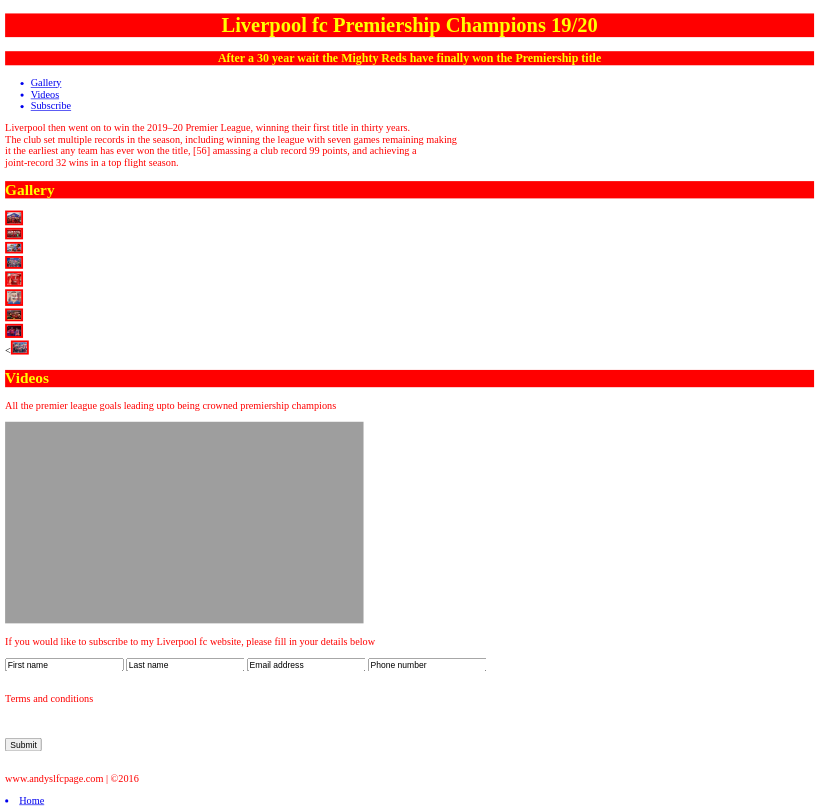
Repository: andyd71/HTML_and_CSS
Page: one_page_website/One_Page_Website.html
The author's editor kept a copy of each file at every save. The page is drawn from the files as they stood at one save, then again after the next save.
The browser window is 1280 px wide. The pictures show the whole page, at 64% of full size.
Pictures or frames that could not be fetched are drawn as grey boxes.

Above is the page before, as saved 2020-10-09 12:42:00.

### one_page_website/One_Page_Website.html
<!DOCTYPE html>
<html lang="en">
<head>
<meta charset="utf-8">
<title>My LFC webpage</title>
<link rel = "stylesheet" type = "text/CSS" href = "./css/One_Page_Website.css">
</head>
<body>
<div id="home">
<header>
<h1>Liverpool fc Premiership Champions 19/20 </h1>
<h3>After a 30 year wait the Mighty Reds have finally won the Premiership title</h3>
</header>
<!--NAV-->

</div>
<div>
<ul>
<a href="#gallery"><li>Gallery</li>
<a href="#videos"><li>Videos</li>
<a href="#subscription"><li>Subscribe</li></a>
</ul>
</div>
<!--END NAV-->
<!--HOME-->
<div id="home">
<p>Liverpool then went on to win the 2019–20 Premier League, winning their first title in thirty years.<br>
 The club set multiple records in the season, including winning the league with seven games remaining making<br>
 it the earliest any team has ever won the title, [56] amassing a club record 99 points, and achieving a <br>
 joint-record 32 wins in a top flight season.</p>
 </div>
 <!--END HOME-->
 <!--GALLERY-->
 <h2>Gallery</h2>
 <div id="gallery">
 </div>
 <div>
 <img src="./images/lfc1.jpeg" alt="lfc celebrations"></img><br>
 <img src="./images/lfc2.jpeg" alt="lfc celebrations2"></img><br>
 <img src="./images/lfc3.jpeg" alt="van dyk and trophy"></img><br>
 <img src="./images/lfc4.jpeg" alt="jurgen klopp"></img><br>
 <img src="./images/lfc5.jpeg" alt="lfc t shirt"></img><br>
 <img src="./images/lfc6.jpeg" alt="lfc face mask"></img><br>
 <img src="./images/lfc7.jpeg" alt="lfc trio"></img><br>
 <img src="./images/lfc8.jpeg" alt="jurgen klopp 2"></img><br>
 <<img src="./images/lfc9.jpeg" alt="jurgen klopp 3"></img><br>
 </div>
 <!--END GALLERY-->
 <!--VIDEO-->
 <div id="videos">
 <h2>Videos</h2>
 <p>All the premier league goals leading upto being crowned premiership champions</p>
 <iframe width="560" height="315" src="https://www.bing.com/videos/search?q=lfc+premier+league+champions&&view=detail&mid=1A960A4E3B330AA705841A960A4E3B330AA70584&&FORM=VRDGAR&ru=%2Fvideos%2Fsearch%3Fq%3Dlfc%2Bpremier%2Bleague%2Bchampions%26qs%3DAS%26form%3DQBVLPG%26sp%3D1%26pq%3Dlfc%2Bpremier%26sc%3D8-11%26cvid%3DD1CF79B54EFC4960A0E7F0BA9E0FD3FC" frameborder="0" allow="accelerometer; encrypted-media; gyroscope; picture-in-picture" allowfullscreen></iframe>
 </div>
<!--END VIDEO-->
<!--SUBSCRIPTION-->
<div id="subscription">
<p>If you would like to subscribe to my Liverpool fc website, please fill in your details below</p>

<form action="" method="post">
<input class="subscription" type="text" value="First name">
<input class="subscription" type="text" value="Last name">
<input class="subscription" type="text" value="Email address">
<input class="subscription" type="text" value="Phone number"><br><br>
<label class="terms"><p>Terms and conditions</p></label><br><br>
<input type="submit" value="Submit"><br><br>
</form>
</div>
<!--END SUBSCRIPTION-->

<!--FOOTER-->
<footer>
<div>
<p>www.andyslfcpage.com&nbsp;|&nbsp;&copy;2016</p>


</div>
<a href="#home" id="link"><li>Home</li>
</footer>
<!--END FOOTER-->

### one_page_website/css/One_page_website.css
h1 {
	color : yellow;
	text-align : center;
	font-weight : bold;
	background : red;
}
h3 {
	color : yellow;
	text-align : center;
	background : red;
}
h2 {
	color : yellow;
	background : red;
}
p  {
	color : red

}
img {
	border: 3px solid red;
	width: 22px;
}

After the next save:
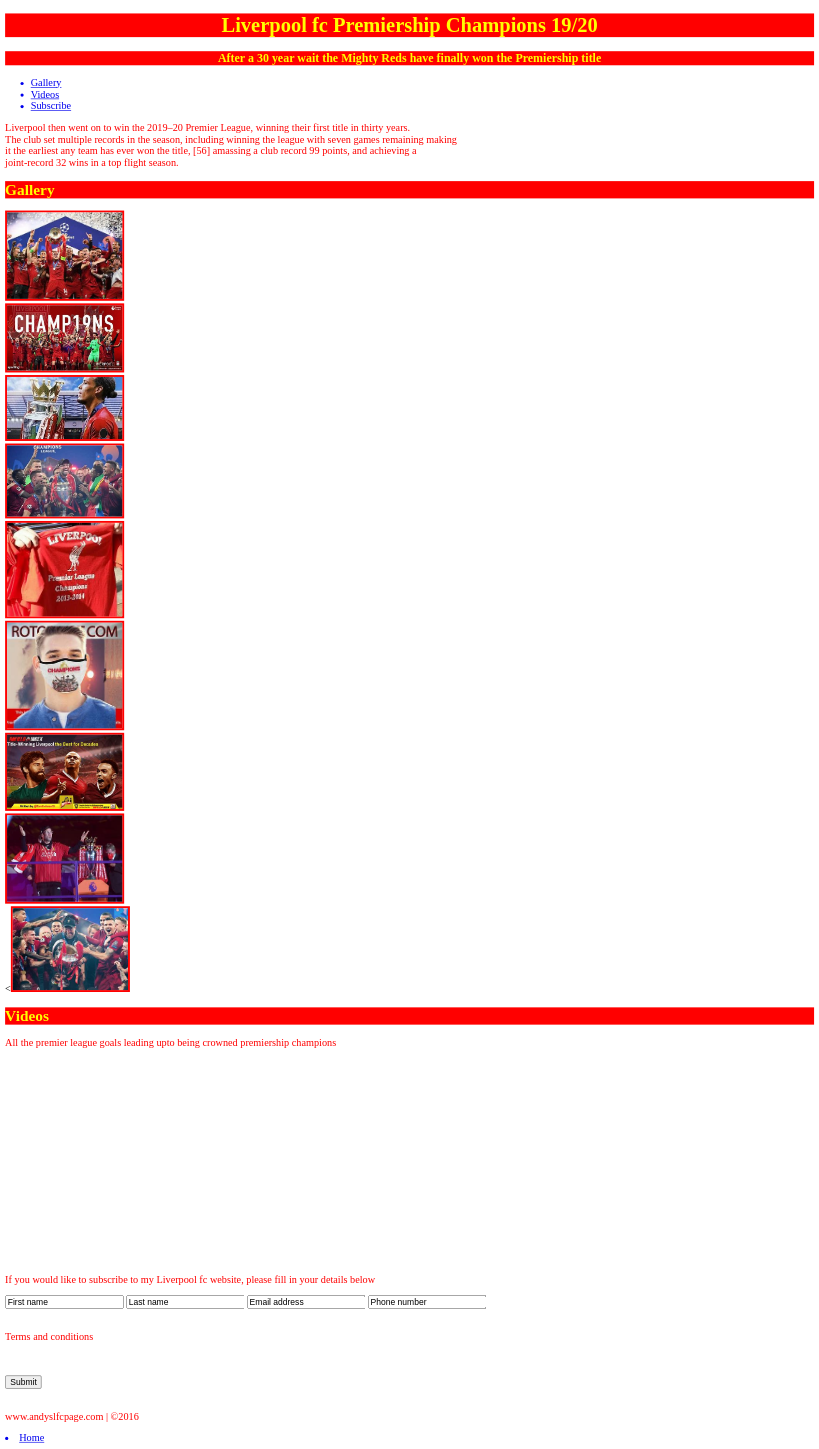
Saved 13 s later.
--- a/one_page_website/css/One_page_website.css
+++ b/one_page_website/css/One_page_website.css
@@ -19,5 +19,5 @@
 }
 img {
 	border: 3px solid red;
-	width: 22px;
+	width: 180px;
 }
